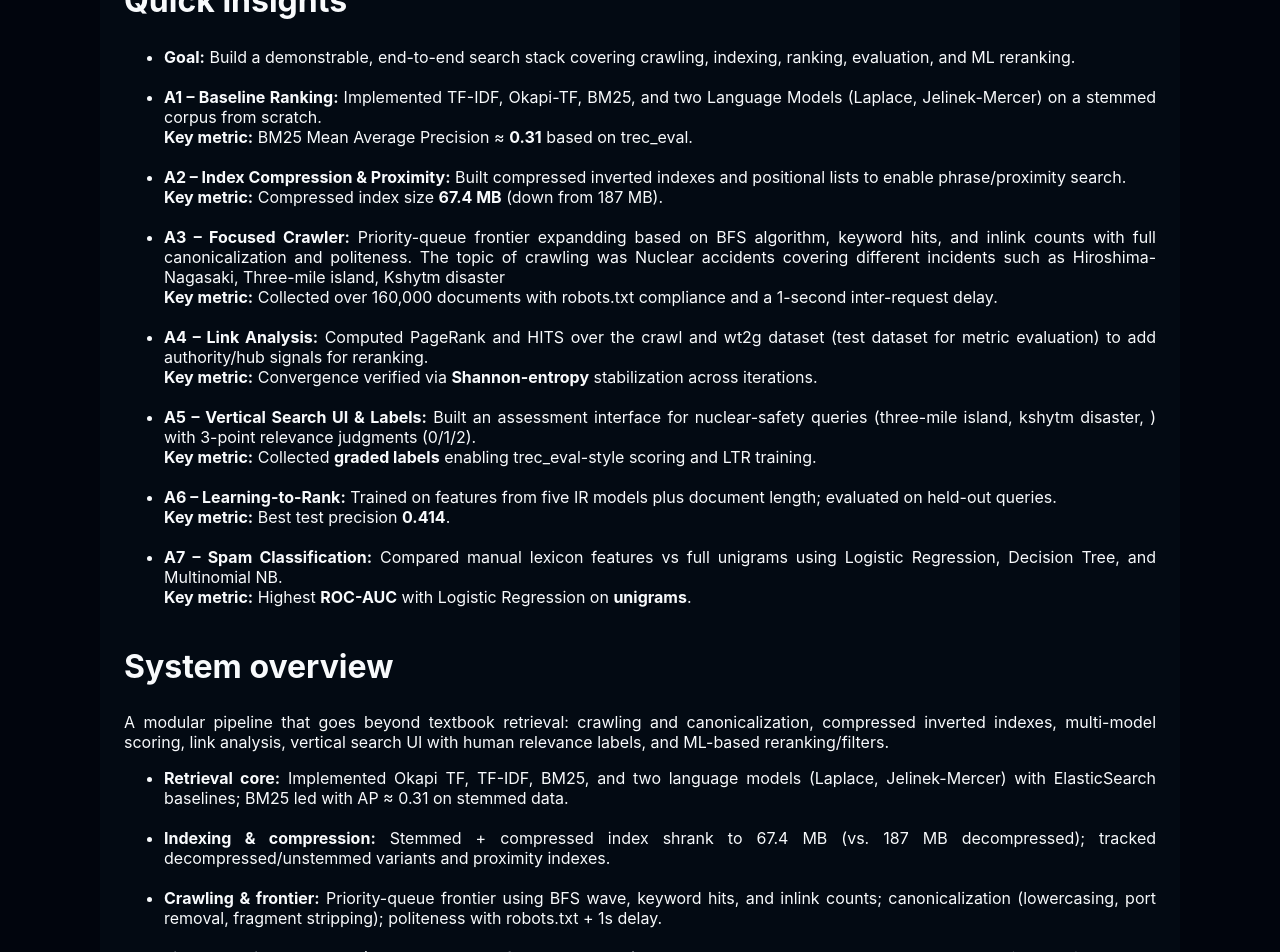
Repository: Abdulaziz-04/Abdulaziz-04.github.io
Page: deepdives/backend_systems/search_engine/search_engine.html
These files come from the project's save history. The page is drawn as it stood at one moment and after the next save; the edit follows.
The browser window is 1280 px wide. The pictures show the part of the page from y = 912 to 1864 px (the page is 4702 px tall before and 4722 px after).
A picture or video elsewhere on the page could not be fetched, so the positions and the page height are approximate.

Above is the page before, as saved 2025-11-21 18:00:09.

After the next save:
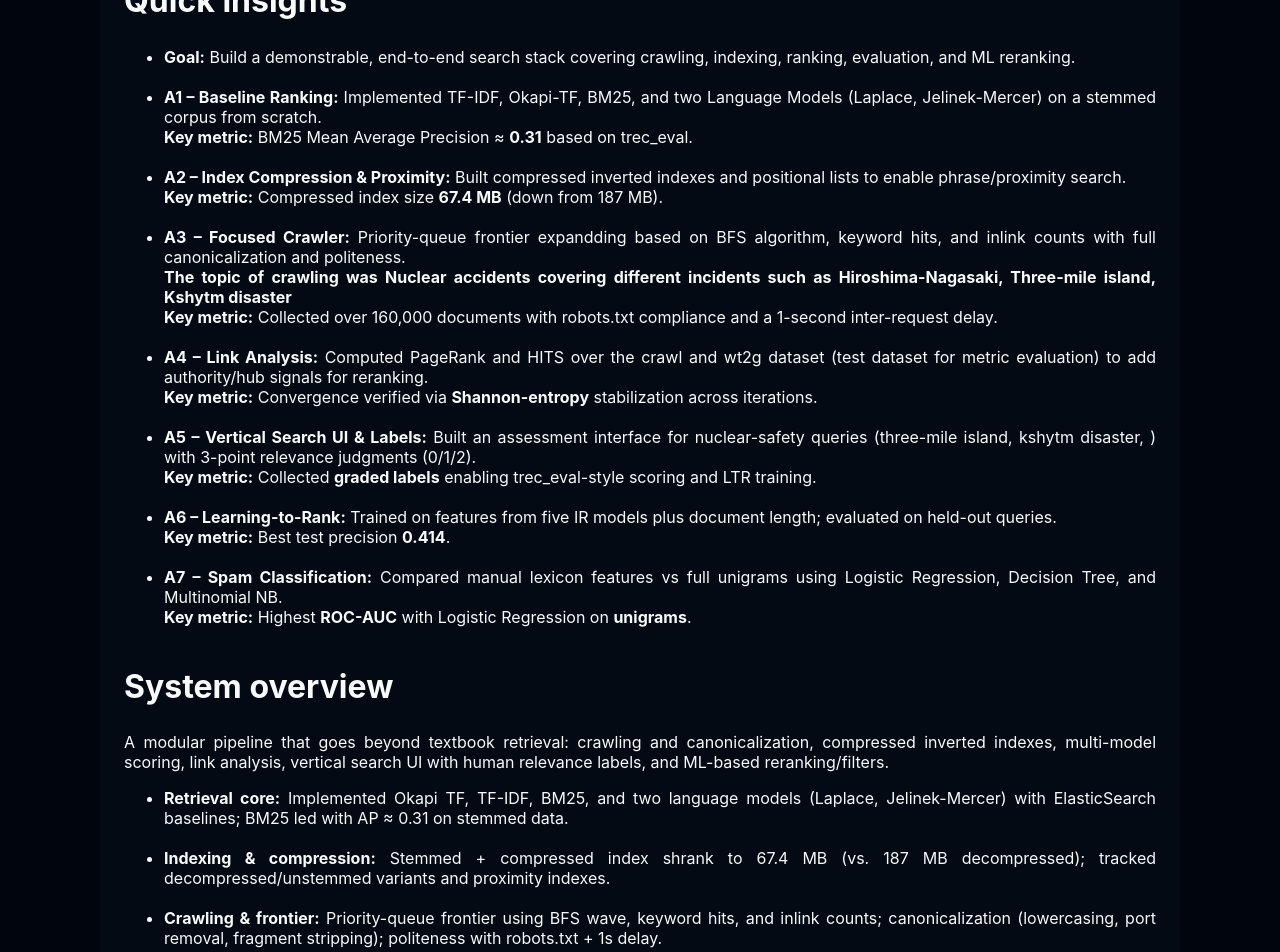
Saved 22 s later.
--- a/deepdives/backend_systems/search_engine/search_engine.html
+++ b/deepdives/backend_systems/search_engine/search_engine.html
@@ -96,9 +96,14 @@
           <li>
             <strong>A3 – Focused Crawler:</strong> Priority-queue frontier
             expandding based on BFS algorithm, keyword hits, and inlink counts
-            with full canonicalization and politeness. The topic of crawling was
-            Nuclear accidents covering different incidents such as
-            Hiroshima-Nagasaki, Three-mile island, Kshytm disaster <br />
+            with full canonicalization and politeness.
+            <br />
+            <b
+              >The topic of crawling was Nuclear accidents covering different
+              incidents such as Hiroshima-Nagasaki, Three-mile island, Kshytm
+              disaster
+            </b>
+            <br />
             <b>Key metric:</b> Collected over 160,000 documents with robots.txt
             compliance and a 1-second inter-request delay.
           </li>
